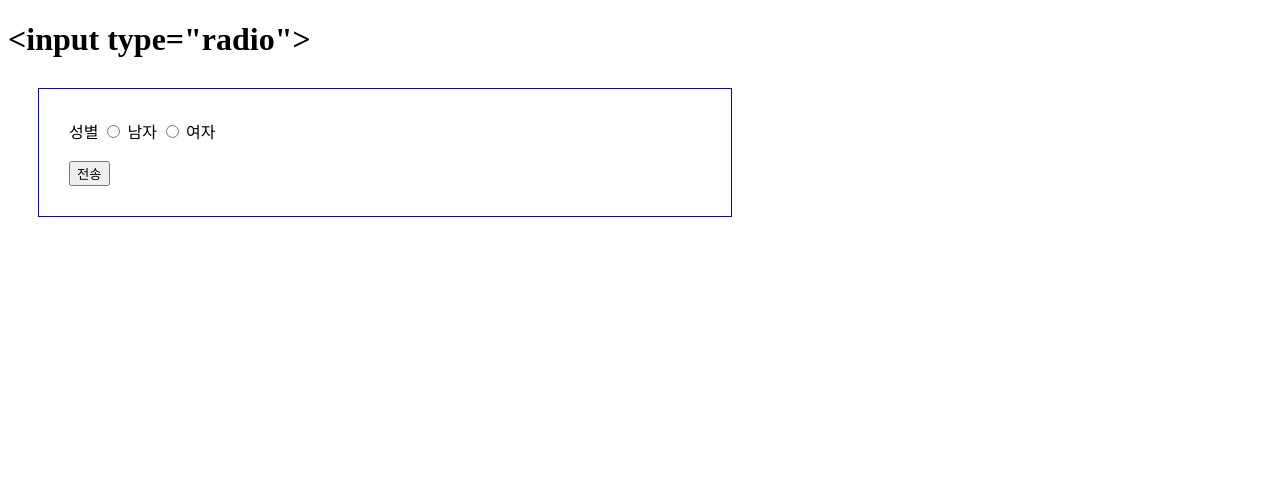
Repository: windy9109/FrontendClass
Page: webpro/src/main/webapp/0225/radio_checkbox.html
These files come from the project's save history. The page is drawn as it stood at one moment and after the next save; the edit follows.
The browser window is 1280 px wide. The pictures show the whole page.

Above is the page before, as saved 2022-02-25 07:32:29.

### webpro/src/main/webapp/0225/radio_checkbox.html
<!DOCTYPE html>
<html>
<head>
<meta charset="UTF-8">
<title>Insert title here</title>
<style>
	form{
	border: 1px solid blue;
	margin: 30px;
	padding: 30px;
	width:50%;
	}
</style>
</head>
<body>
<h1>&lt;input type="radio"></h1>
<form action ="radio.jsp" method="post">
<!-- get일때는 한글이 안깨짐 -->
<!-- post일때는 한글이 깨짐 -->
<!-- server.xml의 63번째줄의 utf-8이 실행되므로 get은 안깨짐 -->
<!-- post일때는 jsp에서 request.setCharacterEncoding("utf-8") 처리해준다.-->
<label>성별</label>
	<input type="radio" name="gender" value="남자"> 남자
	<input type="radio" name="gender" value="여자"> 여자<br><br>

	<input type="submit" value="전송">
</form>

</body>
</html>

After the next save:
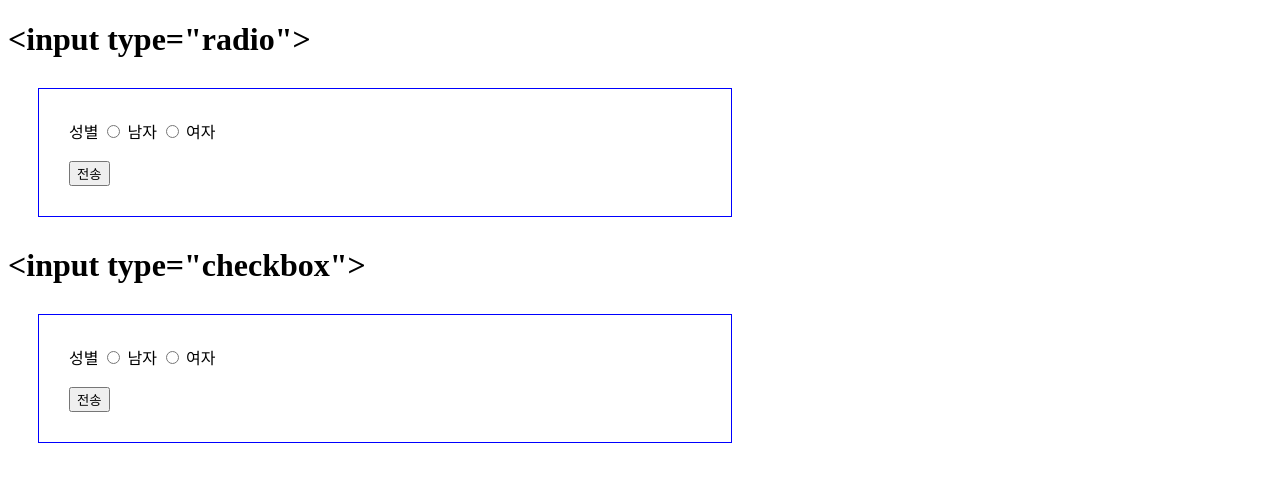
Saved 11 min 31 s later.
--- a/webpro/src/main/webapp/0225/radio_checkbox.html
+++ b/webpro/src/main/webapp/0225/radio_checkbox.html
@@ -26,5 +26,20 @@
 	<input type="submit" value="전송">
 </form>
 
+
+
+<h1>&lt;input type="checkbox"></h1>
+<form action ="radio.jsp" method="post">
+<label>성별</label>
+	<input type="radio" name="food" value="떡볶이"> 남자
+	<input type="radio" name="food" value="치킨"> 여자<br><br>
+
+	<input type="submit" value="전송">
+</form>
+
+
+
+
+
 </body>
 </html>
